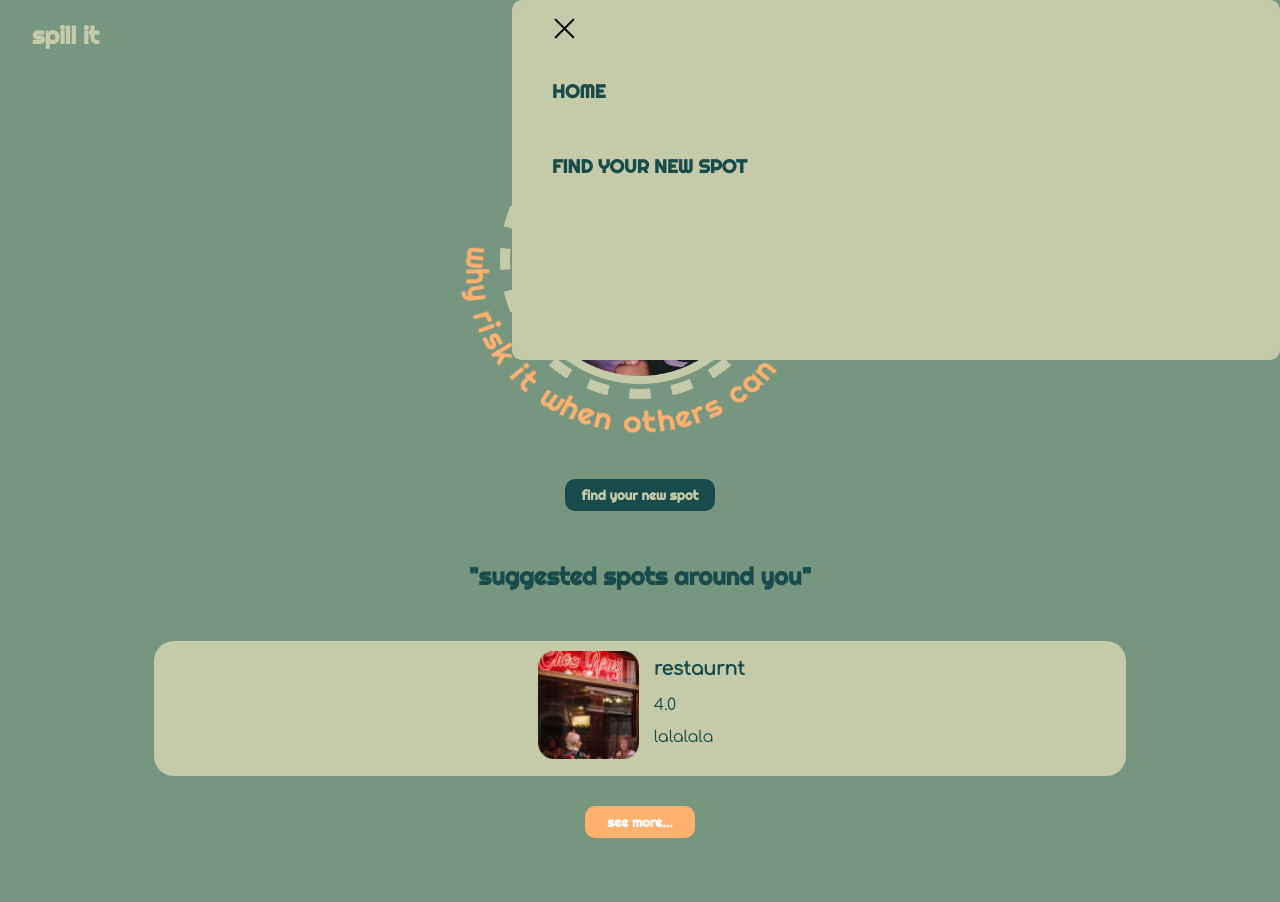
Repository: shaelorch/spillit
Page: /
These files come from the project's save history. The page is drawn as it stood at one moment and after the next save; the edit follows.
The browser window is 1280 px wide. The pictures show the whole page.
The project was rebuilt for these pictures with package versions that can differ from the ones it lists, and the page was loaded fresh each time. The framework's server and built-in components were replaced by stand-ins that run in the browser. Also part of the build but not shown: next.config.js.

Above is the page before, as saved 2023-02-10 14:46:30.

### pages/index.js
import Head from 'next/head'
import Image from 'next/image'
import HeroCont from '../components/HeroCont'
import styles from '../styles/Home.module.css'
import Button from '../components/Button'
import SubButton from '../components/SubButton'
import RevCard from '../components/reviewCard'
import Header from '../components/Header'
import TopBar from '../components/topBAr'
import PopMenu from '../components/popMenu'



export default function Home() {
  return (
    <div className={styles.container}>
      <Head>
        <title>Create Next App</title>
        <meta name="description" content="Generated by create next app" />
        <link rel="icon" href="/favicon.ico" />

      </Head>

     <TopBar/>
     <PopMenu/>


      <main className={styles.main}>
        <HeroCont/>
        <Button />
        <Header />

        <RevCard/>
        <SubButton bttntxt='see more...'/>
      </main>


    </div>
  )
}

### styles/globals.css

@import url('https://fonts.googleapis.com/css2?family=Righteous&display=swap');
@import url('https://fonts.googleapis.com/css2?family=Comfortaa&family=Righteous&display=swap');


html,
body {
  padding: 0;
  margin: 0;
  font-family: -apple-system, BlinkMacSystemFont, Segoe UI, Roboto, Oxygen,
    Ubuntu, Cantarell, Fira Sans, Droid Sans, Helvetica Neue, sans-serif;
}

a {
  color: inherit;
  text-decoration: none;
}

* {
  box-sizing: border-box;
}

@media (prefers-color-scheme: dark) {
  html {
    color-scheme: dark;
  }
  body {
    color: white;
    background: black;
  }
}

### components/HeroCont.js
import react from "react";
import { motion } from 'framer-motion';

export default function HeroCont() {



    return (<div style={{justifyContent:'center', display:'flex', paddingBottom:80}}>

        <img src="dotted.png" style={{display:'flex', position:'relative', width:280, height:280, marginTop:-15}}/>
        <img src="heropic.png" style={{display:'flex', width:250, height:250, position:'absolute' }}/>
        <img src="wordcircle.png" style={{width:440, height:410,position:'absolute', animation:'rotation 2s infinite linear' }}/>

    </div>
    )
}

### styles/Home.module.css
.container {
  padding: 0 2rem;
  background-color: #779680;
}

.rotate {

  width:358;
  height:195;
  margin-top:-160;
  margin-Left:-40;
  animation:rotation 2s infinite linear;
}

.main {
  min-height: 100vh;
  padding: 4rem 0;
  flex: 1;
  display: flex;
  flex-direction: column;
  justify-content: center;
  align-items: center;
  font-family: 'Comfortaa', 'cursive';
}

.footer {
  display: flex;
  flex: 1;
  padding: 2rem 0;
  border-top: 1px solid #eaeaea;
  justify-content: center;
  align-items: center;
}

.footer a {
  display: flex;
  justify-content: center;
  align-items: center;
  flex-grow: 1;
}

.title a {
  color: #0070f3;
  text-decoration: none;
}

.title a:hover,
.title a:focus,
.title a:active {
  text-decoration: underline;
}

.title {
  margin: 0;
  line-height: 1.15;
  font-size: 4rem;
}

.title,
.description {
  text-align: center;
}

.description {
  margin: 4rem 0;
  line-height: 1.5;
  font-size: 1.5rem;
}

.code {
  background: #fafafa;
  border-radius: 5px;
  padding: 0.75rem;
  font-size: 1.1rem;
  font-family: Menlo, Monaco, Lucida Console, Liberation Mono, DejaVu Sans Mono,
    Bitstream Vera Sans Mono, Courier New, monospace;
}

.grid {
  display: flex;
  align-items: center;
  justify-content: center;
  flex-wrap: wrap;
  max-width: 800px;
}

.card {
  margin: 1rem;
  padding: 1.5rem;
  text-align: left;
  color: inherit;
  text-decoration: none;
  border: 1px solid #eaeaea;
  border-radius: 10px;
  transition: color 0.15s ease, border-color 0.15s ease;
  max-width: 300px;
}

.card:hover,
.card:focus,
.card:active {
  color: #0070f3;
  border-color: #0070f3;
}

.card h2 {
  margin: 0 0 1rem 0;
  font-size: 1.5rem;
}

.card p {
  margin: 0;
  font-size: 1.25rem;
  line-height: 1.5;
}

.logo {
  height: 1em;
  margin-left: 0.5rem;
}

@media (max-width: 600px) {
  .grid {
    width: 100%;
    flex-direction: column;
  }
}

@media (prefers-color-scheme: dark) {
  .card,
  .footer {
    border-color: #222;
  }
  .code {
    background: #111;
  }
  .logo img {
    filter: invert(1);
  }
}

### components/Button.js

export default function Button({
    bttntxt="find your new spot",
    color="#C5CAA9"
}) {

    return(
        <button style={{display:'flex',
         backgroundColor:'#184B4B',
          borderRadius:10, width:150,
           justifyContent:'center'
           , padding:8, alignContent:'center',
            color:'#C5CAA9', fontWeight:'bold',
            border:'transparent', fontFamily: 'Righteous, cursive'}}>{bttntxt}</button>
    )
}

### components/SubButton.js

export default function SubButton({
    bttntxt="find your spot",

}) {

    return(
        <div style={{paddingTop:30}}>
             <button style={{display:'flex',
         backgroundColor:'#FFB16F',
          borderRadius:10, width:110,
           justifyContent:'center'
           , padding:8, alignContent:'center',
            color:'white', fontWeight:'bold',
            border:'transparent',
            fontFamily: 'Righteous, cursive'}}>{bttntxt}</button>
        </div>

    )
}

### components/reviewCard.js



export default function RevCard({
    name="restaurnt",
    rating="4.0",
    review="lalalala"
}) {

    return (<div style={{justifyContent:'center',display:'flex', width:"80%", height:135, backgroundColor:'#C5CAA9',  borderRadius:20}}>

        <div style={{display:'flex', flexDirection:'row'}}>
            <img  style={{display:'flex', width:'45%', height:"80%", marginTop:10, marginLeft:10}} src="place.png"/>
            <div style={{lineHeight:1,paddingLeft:15, color:'#184B4B'}}>
                <h3>{name}</h3>
                <p>{rating}</p>
                <p>{review}</p>
            </div>
        </div>



    </div>

    )
}

### components/Header.js





export default function Header() {

    return (
        <h2 style={{fontFamily:'righteous, cursive', margin:50, marginLeft:'20%', marginRight:'20%', textAlign:'center', color: '#184B4B'}}>"suggested spots around you"</h2>
    )
}

### components/topBAr.js
import Link from "next/link"
import { useState } from "react"
import { GrClose } from 'react-icons/gr'
import PopMenu from "./popMenu";

export default function TopBar() {

    const [open, setOpen] = useState(false);

   const onClick = () => {
    setOpen (current => !current)
   };

    return (
        <><div style={{ display: 'flex', flexDirection: 'row', justifyContent: 'space-between', alignItems: 'center', backgroundColor: '#779680' }}>
            <Link href='/'>
                <h2 style={{ color: '#C5CAA9', fontFamily: 'righteous, cursive' }}>spill it</h2>
            </Link>
            <img
                onClick={onClick} style={{ height: 50, width: 50 }} src="menu.png" />
            {open ? <PopMenu/> : null}

        </div></>

            )
        }

### components/popMenu.js
import { GrClose } from 'react-icons/gr';
import Link from 'next/link';
import { useState } from 'react';

export default function PopMenu() {

    const [close, setClose] = useState(true);

    const handleButtonClick = () => {
        setClose(current => !current);
    }


    return (
        <div style={{display: close ? 'flex' : 'none', position:'absolute',
    backgroundColor: '#C5CAA9',borderRadius:10, width: '60%', height:'50%', right:0, top:0, zIndex:1}}>
        <ul>
            <GrClose size="25" color="#184B4B"
            onClick={handleButtonClick}/>
            <div

            style={{lineHeight:3, color:"#184B4B",
             fontFamily:'righteous, cursive'}}>

                 <Link href={'/'}><h3>HOME</h3>
                 </Link>
                <Link href={"/findASpot"}><h3>FIND YOUR NEW SPOT</h3>
                </Link>
            </div>

        </ul>


    </div>







    )
}

Loaded but not shown: pages/_app.js (common file)

After the next save:
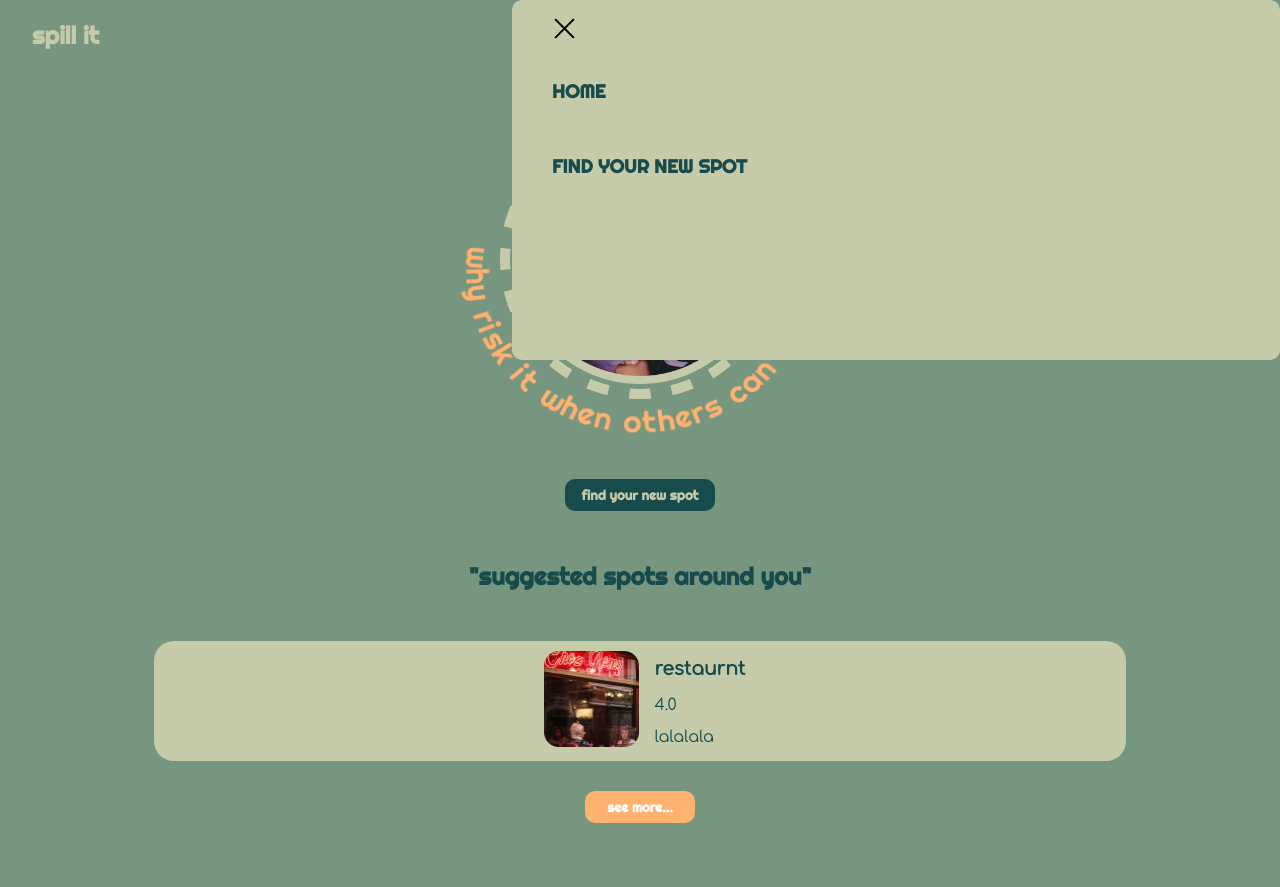
Saved 14 s later.
--- a/components/reviewCard.js
+++ b/components/reviewCard.js
@@ -7,7 +7,7 @@
     review="lalalala"
 }) {
 
-    return (<div style={{justifyContent:'center',display:'flex', width:"80%", height:135, backgroundColor:'#C5CAA9',  borderRadius:20}}>
+    return (<div style={{justifyContent:'center',display:'flex', width:"80%", height:'100%', backgroundColor:'#C5CAA9',  borderRadius:20}}>
 
         <div style={{display:'flex', flexDirection:'row'}}>
             <img  style={{display:'flex', width:'45%', height:"80%", marginTop:10, marginLeft:10}} src="place.png"/>
